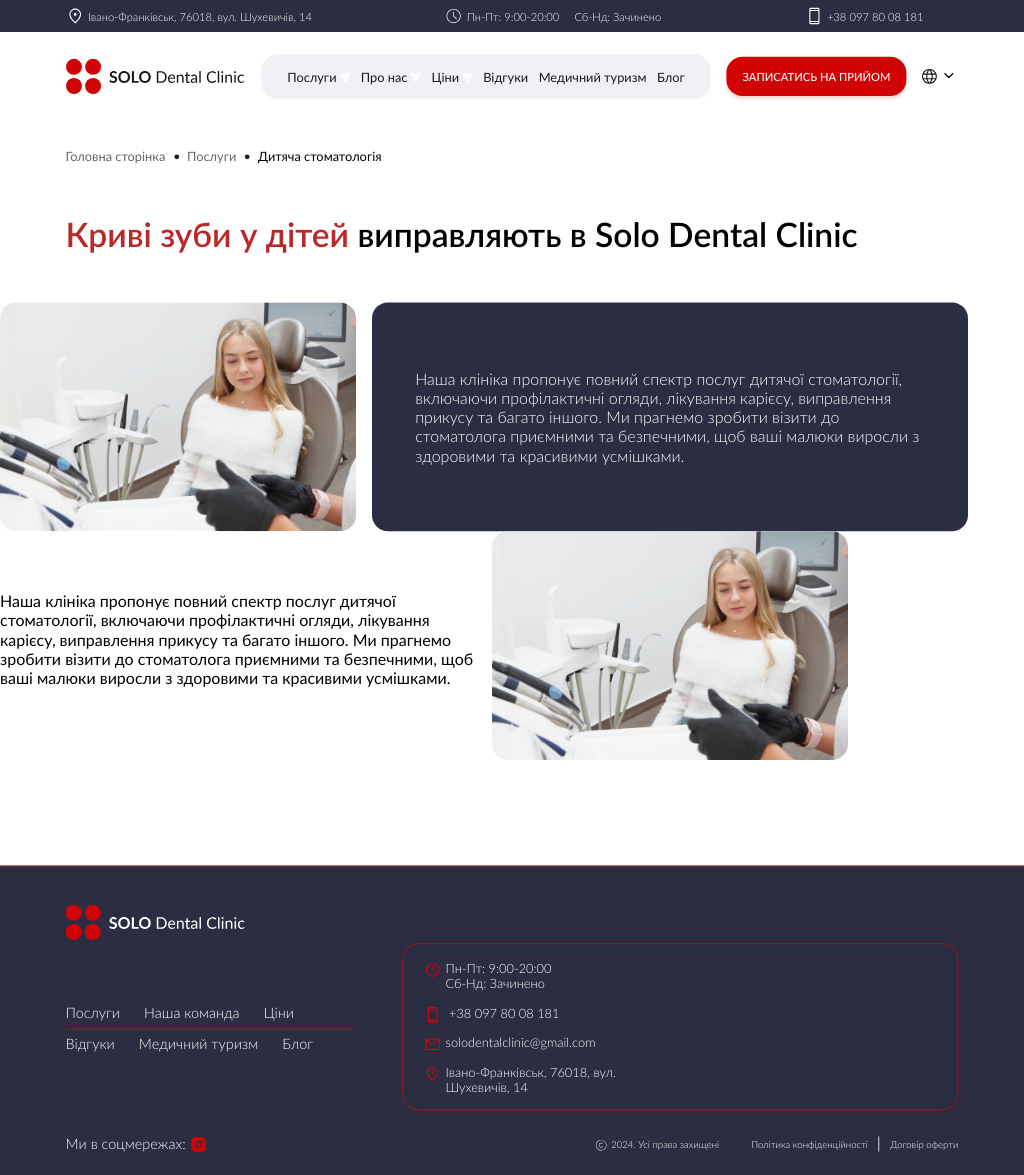
Repository: TarasDutchak/dental-clinic
Page: pediatric-dentistry.html
These files come from the project's save history. The page is drawn as it stood at one moment and after the next save; the edit follows.
The browser window is 1280 px wide. The pictures show the whole page, at 80% of full size.
Pictures or frames that could not be fetched are drawn as grey boxes.

Above is the page before, as saved 2024-12-31 07:52:18.

After the next save:
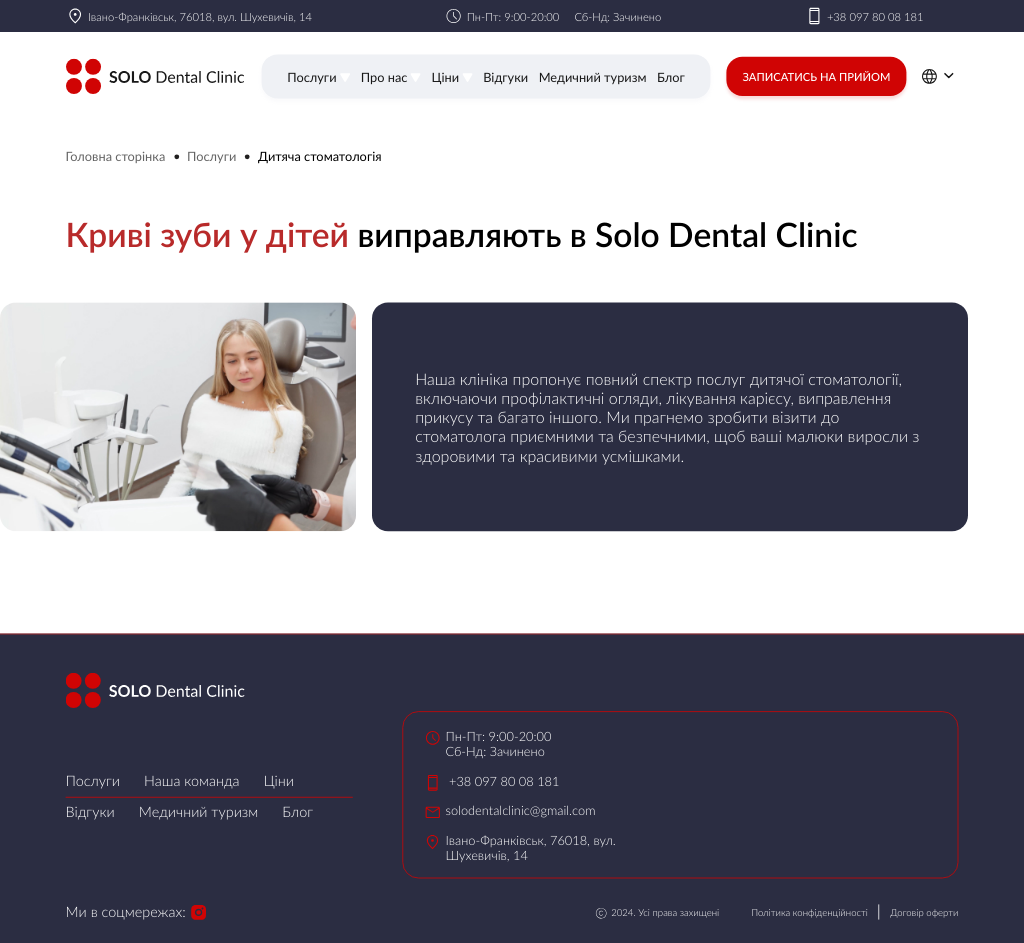
Saved 10 s later.
--- a/pediatric-dentistry.html
+++ b/pediatric-dentistry.html
@@ -183,28 +183,6 @@
                             </div>
                         </div>
                         <div class="reversesect__right">
-                            <div class="imgsect">
-                                <img src="img/pediatricdentistry/2.jpg" alt="img">
-                            </div>
-                        </div>
-                    </div>
-                </div>
-            </div>
-            <div class="reversesect">
-                <div class="container-r0">
-                    <div class="row align-items-center">
-                        <div class="col-md-6">
-                            <div class="descr">
-                                <p>
-                                    Наша клініка пропонує повний спектр послуг дитячої стоматології, включаючи
-                                    профілактичні
-                                    огляди, лікування карієсу, виправлення прикусу та багато іншого. Ми прагнемо зробити
-                                    візити до стоматолога приємними та безпечними, щоб ваші малюки виросли
-                                    з здоровими та красивими усмішками.
-                                </p>
-                            </div>
-                        </div>
-                        <div class="col-md-6">
                             <div class="imgsect">
                                 <img src="img/pediatricdentistry/2.jpg" alt="img">
                             </div>
